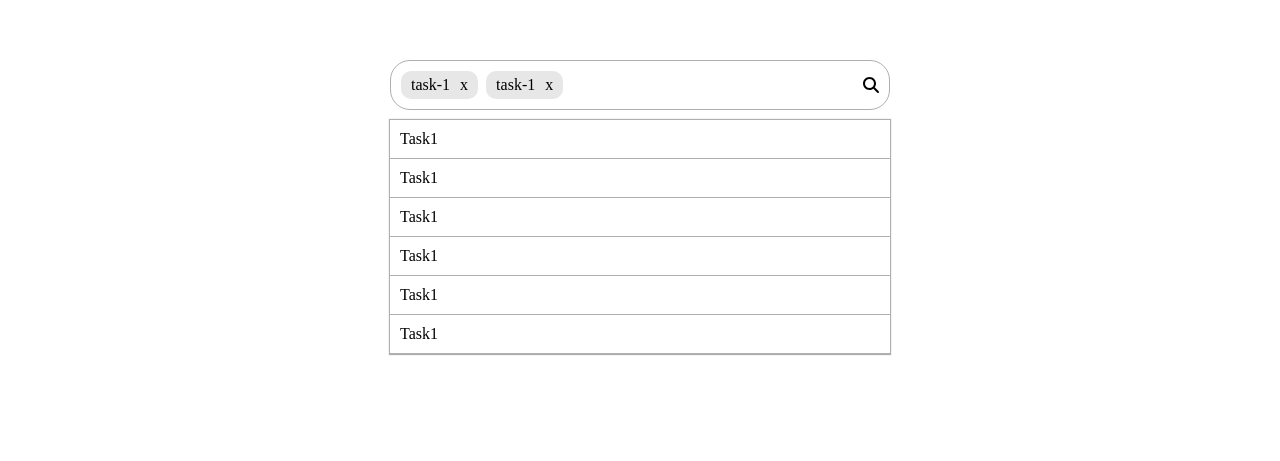
Repository: OkazakiTruong/selectOption
Page: /
An editor plug-in stored every save of this project. The page is shown before and after the next save, followed by the edit.
The browser window is 1280 px wide. The pictures show the whole page.
The project was rebuilt for these pictures with package versions that can differ from the ones it lists, and the page was loaded fresh each time. Also part of the build but not shown: vite.config.js.

Above is the page before, as saved 2024-01-17 22:15:11.

After the next save:
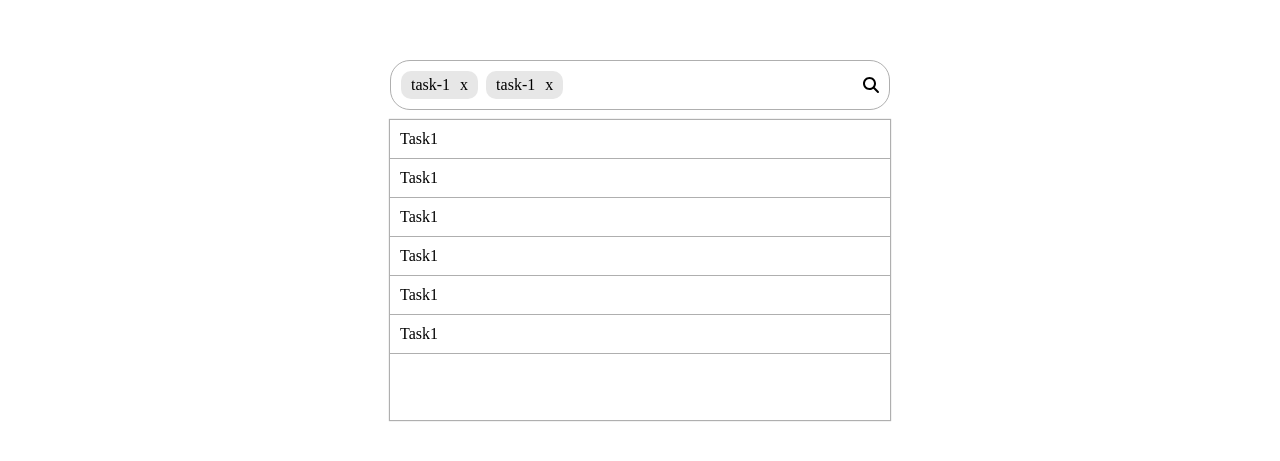
Saved 52 s later.
--- a/src/SelectBox/selectbox.css
+++ b/src/SelectBox/selectbox.css
@@ -41,6 +41,8 @@
 .select-option {
   margin-top: 10px;
   box-shadow: 0px 0px 1px 1px #afafaf;
+  height: 300px;
+  overflow: auto;
 }
 .option-item {
   padding: 10px;
